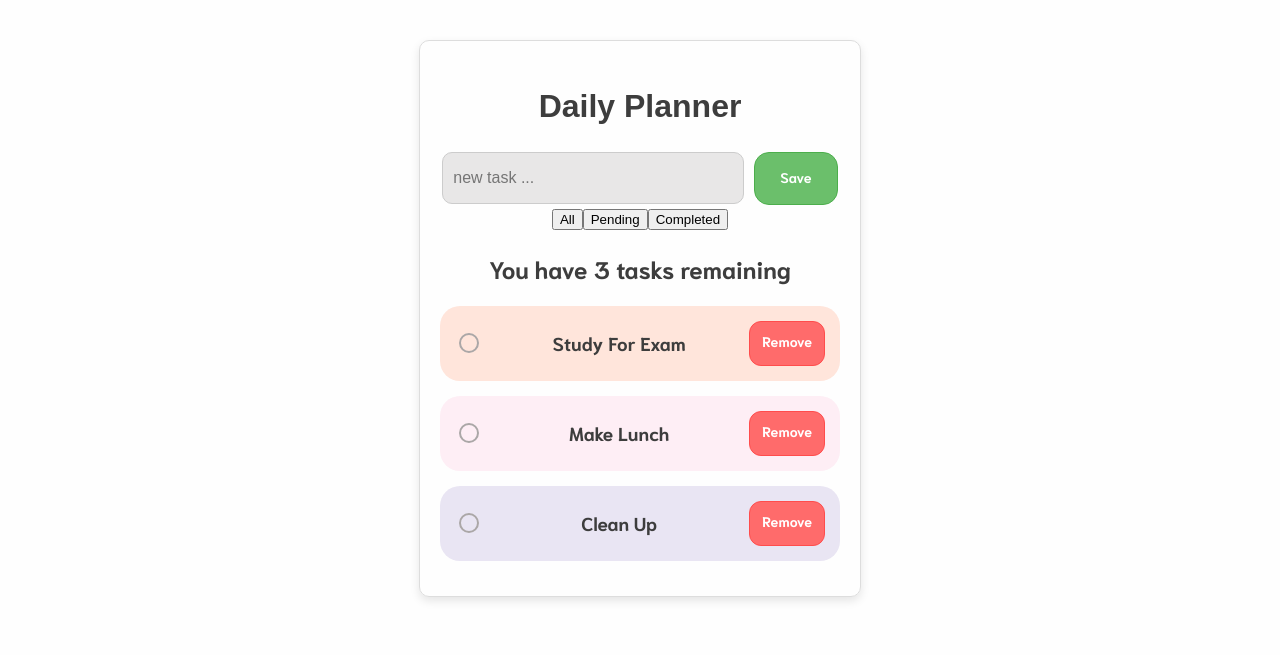
Repository: Zalida-Khan/Frontend-Lab4
Page: /
An editor plug-in stored every save of this project. The page is shown before and after a run of saves, followed by the edit.
The browser window is 1280 px wide. The pictures show the whole page.
Some web fonts or font styles are not loaded; a fallback is used. The project was rebuilt for these pictures with package versions that can differ from the ones it lists, and the page was loaded fresh each time. Also part of the build but not shown: vite.config.js.

Above is the page before, as saved 2024-10-29 22:55:41.

### index.html
<!doctype html>
<html lang="en">

<head>
  <meta charset="UTF-8" />
  <link rel="icon" type="image/svg+xml" href="/vite.svg" />
  <meta name="viewport" content="width=device-width, initial-scale=1.0" />
  <title>Daily Planner</title>
</head>

<body>
  <div id="root"></div>
  <script type="module" src="/src/main.jsx"></script>
</body>

</html>

### src/App.jsx
import "./App.css";
import React, { useState } from "react";
import Task from "./components/Task";
import TaskForm from "./components/TaskForm";

function App() {
  const [tasks, setTasks] = useState([
    { id: 1, text: "Study For Exam", completed: false },
    { id: 2, text: "Make Lunch", completed: false },
    { id: 3, text: "Clean Up", completed: false },
  ]);


  const [filter, setFilter] = useState("All");

  const addTask = (text) =>
    setTasks([...tasks, { id: Date.now(), text, completed: false }]);

  const toggleTask = (id) =>
    setTasks(
      tasks.map((task) =>
        task.id === id ? { ...task, completed: !task.completed } : task
      )
    );

  const removeTask = (id) => setTasks(tasks.filter((task) => task.id !== id));

  const handleFilterChange = (newFilter) => setFilter(newFilter);

  const filteredTasks = tasks.filter((task) => {
    if (filter === "Completed") return task.completed;
    if (filter === "Pending") return !task.completed;
    return true;
  });

  const remainingTasks = tasks.filter((task) => !task.completed).length;

  return (
    <div className="app">
      <header>
        <h1>Daily Planner</h1>
      </header>
      <TaskForm addTask={addTask} />
      <div className="filter-buttons">
        <button onClick={() => handleFilterChange("All")}>All</button>
        <button onClick={() => handleFilterChange("Pending")}>Pending</button>
        <button onClick={() => handleFilterChange("Completed")}>Completed</button>
      </div>
      <h2>
        You have {remainingTasks}{" "}
        {remainingTasks === 1 ? "task" : "tasks"} remaining
      </h2>
      <div className="task-list">
      {filteredTasks.map((task) => (
          <Task
            key={task.id}
            task={task}
            toggleTask={toggleTask}
            removeTask={removeTask}
            isDisabled={task.completed}
          />
        ))}
      </div>
    </div>
  );
}

export default App;

### src/index.css
:root {
  font-family: Inter, system-ui, Avenir, Helvetica, Arial, sans-serif;
  line-height: 1.5;
  font-weight: 400;

  color-scheme: light dark;
  color: rgba(0, 0, 0, 0.87);
  background-color: #fefefe;

  font-synthesis: none;
  text-rendering: optimizeLegibility;
  -webkit-font-smoothing: antialiased;
  -moz-osx-font-smoothing: grayscale;
}

### src/App.css
@font-face {
  font-family: "Ruska";
  src: url("../fonts/RuskaDisplay-Regular.otf") format("opentype");
  font-weight: normal;
  font-style: normal;
}

@font-face {
  font-family: "Niramit";
  src: url("../fonts/Niramit-Bold.ttf") format("truetype");
  font-weight: normal;
  font-style: normal;
}

#root {
  max-width: 1280px;
  margin: 0 auto;
  padding: 2rem;
  text-align: center;
  font-family: "Niramit", sans-serif;
  color: #3d3d3d;
}

.app {
  width: 400px;
  margin: 0 auto;
  padding: 20px;
  font-family: "Niramit", sans-serif;
  border: 1px solid #ddd;
  border-radius: 10px;
  box-shadow: 0 4px 10px rgba(0, 0, 0, 0.1);
}

h1 {
  font-family: "Ruska", sans-serif;
  font-weight: 50px;
  color: #3d3d3d;
}

.task-list {
  margin-top: 20px;
}

.task {
  display: flex;
  align-items: center;
  justify-content: space-between;
  margin-bottom: 15px;
  padding: 15px;
  border-radius: 20px;
  font-family: "Niramit", sans-serif;
}

.task:nth-child(6n+1) {
  background-color: #ffe5db;
}

.task:nth-child(6n+2) {
  background-color: #feeef5;
}

.task:nth-child(6n+3) {
  background-color: #e9e5f3;
}

.task:nth-child(6n+4) {
  background-color: #e0edf4;
}

.task:nth-child(6n+5) {
  background-color: #f0f8e6;
}

.task:nth-child(6n) {
  background-color: #fbfbef;
}

.task h3 {
  margin: 0;
  flex-grow: 1;
  text-decoration: none;
  font-family: "Niramit", sans-serif;
}

.task.completed h3 {
  text-decoration: line-through 2px solid;
}

.checkmark {
  appearance: none;
  width: 20px;
  height: 20px;
  border-radius: 50%;
  border: 2px solid #aba7a7;
  background-color: transparent;
  display: flex;
  align-items: center;
  justify-content: center;
  cursor: pointer;
  margin-right: 10px;
}

.checkmark:checked {
  background-color: #c6eada;
  border: 2px solid #198754;
}

.checkmark:checked::after {
  content: '✔️';
  color: #3d3d3d;
}

.checkmark:disabled {
  cursor: not-allowed;
  background-color: #d3d3d3;
  border-color: #d3d3d3;
}

.delete-btn {
  padding: 10px 12px;
  border-radius: 12px;
  padding-bottom: 15px;
  font-family: "Niramit", sans-serif;
  background-color: #ff6b6b;
  border: 1px solid #ff4c4c;
  color: white;
  cursor: pointer;
  font-size: 14px;
  transition: background-color 0.3s;
}

.delete-btn:hover {
  background-color: #ff4c4c;
}

.save-btn {
  padding: 15px 25px;
  border-radius: 15px;
  padding-bottom: 18px;
  background-color: #6bbf6b;
  border: 1px solid #4cae4c;
  font-family: "Niramit", sans-serif;
  color: white;
  cursor: pointer;
  font-size: 14px;
  transition: background-color 0.3s;
}

.save-btn:hover {
  background-color: #4cae4c;
}

.input-field {
  width: 70%;
  height: 30px;
  padding: 10px;
  border-radius: 10px;
  background-color: #e8e7e7;
  margin-right: 10px;
  border: 1px solid #ccc;
  font-size: 16px;
  outline: none;
  color: black;
  transition: border-color 0.3s;
}

.input-field:focus {
  border-color: #000000;
}

.filter-buttons {
  mar
}

### src/components/Task.jsx
import React from 'react';

function Task({ task, toggleTask, removeTask, isDisabled }) {
  return (
    <div className={`task ${task.completed ? 'completed' : ''}`}>
      <label className="checkmark-label"/>
      <input className="checkmark" type="checkbox" checked={task.completed} onChange={() => toggleTask(task.id)}
      disabled={isDisabled} />
      <h3>{task.text}</h3>
      <button className="delete-btn" onClick={() => removeTask(task.id)}>Remove</button>
    </div>
  );
}

export default Task;

### src/components/TaskForm.jsx
import React, { useState } from 'react';

function TaskForm({ addTask }) {
  const [text, setText] = useState('');

  const handleSubmit = (e) => {
    e.preventDefault();
    if (text.trim()) {
      addTask(text);
      setText('');
    }
  };

  return (
    <form onSubmit={handleSubmit}>
      <input className="input-field" type="text" value={text} onChange={(e) => setText(e.target.value)} placeholder="new task ..." />
      <button className="save-btn" type="submit">Save</button>
    </form>
  );
}

export default TaskForm;

Loaded but not shown: src/main.jsx (common file)

After the next 2 saves:
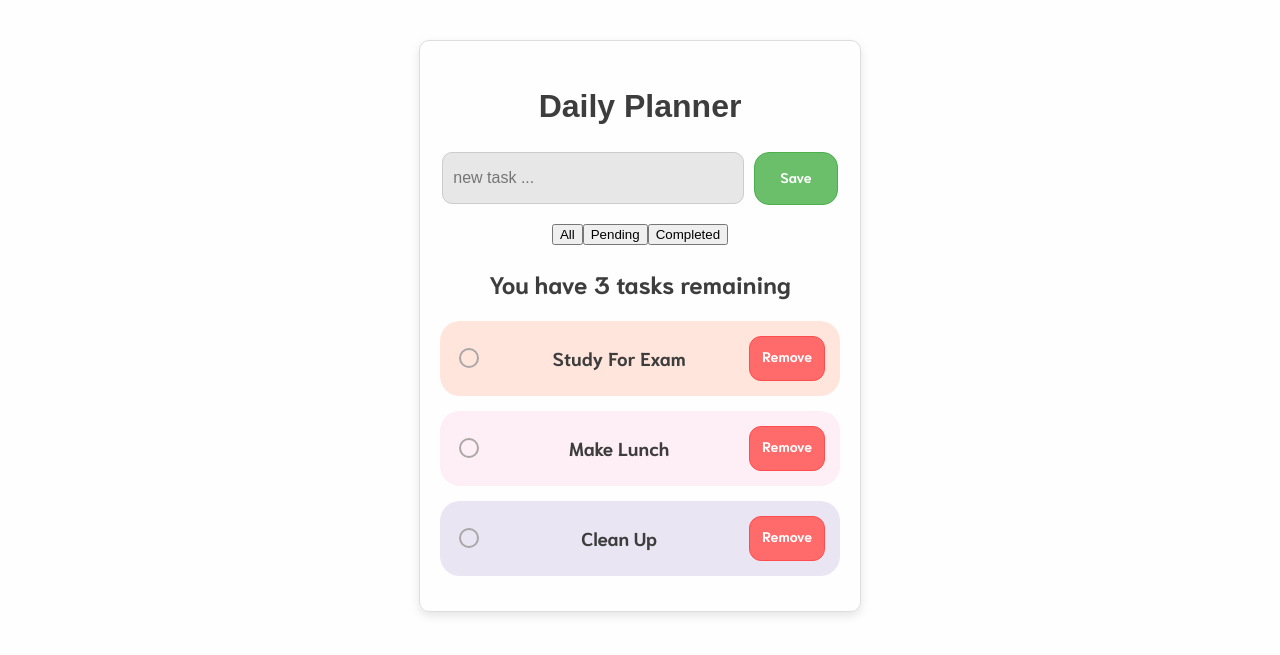
The 2 saves are shown as one change because they came seconds apart.
The last was saved 5 s later.
--- a/src/App.css
+++ b/src/App.css
@@ -169,5 +169,5 @@ h1 {
 }
 
 .filter-buttons {
-  mar
+  margin-top: 15px;
 }
